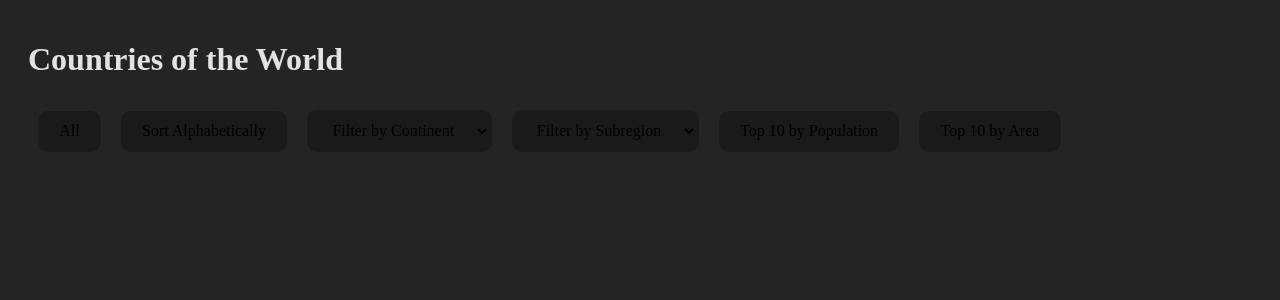
Repository: SandyLy453/comp-lab10
Page: /
The author's editor kept a copy of each file at every save. The page is drawn from the files as they stood at one save, then again after the next save.
The browser window is 1280 px wide. The pictures show the whole page.
The page's requests for data from a server got no answer. The project was rebuilt for these pictures with package versions that can differ from the ones it lists, and the page was loaded fresh each time. No one was signed in, and anything a server would have sent is missing. Also part of the build but not shown: vite.config.js, src/components/Contry.jsx.

Above is the page before, as saved 2024-11-14 23:10:55.

### src/index.css
:root {
  font-family: "Poppins";
  font-weight: 400;

  color-scheme: light dark;
  color: rgba(255, 255, 255, 0.87);
  background-color: #242424;

  font-synthesis: none;
  text-rendering: optimizeLegibility;
  -webkit-font-smoothing: antialiased;
  -moz-osx-font-smoothing: grayscale;
  padding: 20px;
}

button,
select {
  border-radius: 10px;
  border: 2px solid transparent;
  padding: 0.6em 1.2em;
  font-size: 1em;
  font-weight: 500;
  font-family: inherit;
  background-color: #1a1a1a;
  cursor: pointer;
  transition: border-color 0.25s;
  margin: 10px;
}
button:hover {
  border-color: #79ff64;
}
button:focus,
button:focus-visible {
  border-color: #79ff64;
  background-color: #a2fe93;
  color: #242424;
}


/* card styling */

.cardBox {
  display: flex;
  flex-direction: row;
  flex-wrap: wrap;
  justify-content: center;
  align-items: center;
}

.cardContainer {
  padding: 20px;
  border: 1px solid #79ff64;
  border-radius: 20px;
  margin: 10px 20px 10px 20px;
  width: fit-content;
}

.cardPhoto {
  width: 400px;
  height: auto;
  border-radius: 10px;
}

.cardTitle {
  font-size: 24px;
  margin-bottom: 0;
  padding-bottom: 5px;
}

.breaker {
  width: 400px;
  margin: 0 auto 5px auto;
  color: #79ff64;
  background-color: #79ff64;
  border: 1px solid #79ff64;
}

.cardInfo {
  padding-left: 10px;
}

### src/App.jsx
import { useState, useEffect } from 'react'
import Countries from './components/Contries'

function App() {
  const [countries, setCountries] = useState([]);
  const [filteredCountries, setFilteredCountries] = useState([]);
  const [filter, setFilter] = useState({ continent: "", subregion: "" });

  const uniqueContinents = [
    ...new Set(countries.map((country) => country.continents?.[0])),
  ].filter(Boolean); // Remove undefined values

  const uniqueSubregions = [
    ...new Set(countries.map((country) => country.subregion)),
  ].filter(Boolean); // Remove undefined values

  useEffect(() => {
    // Fetch data from the Rest Countries API
    const fetchData = async () => {
      const response = await fetch("https://restcountries.com/v3.1/all");
      const data = await response.json();
      setCountries(data);
      setFilteredCountries(data); // Initialize with all countries
    };

    fetchData();
  }, []);

  const handleFilter = (type, value) => {
    let updatedCountries = [...countries];

    if (type === "all") {
      setFilter({ continent: "", subregion: "" });
      setFilteredCountries(countries); // Reset to all countries
      return;
    }

    if (type === "continent") {
      setFilter({ ...filter, continent: value, subregion: "" });
      updatedCountries = updatedCountries.filter(
        (country) => country.continents[0] === value
      );
    } else if (type === "subregion") {
      setFilter({ ...filter, continent: "", subregion: value });
      updatedCountries = updatedCountries.filter(
        (country) => country.subregion === value
      );
    }

    setFilteredCountries(updatedCountries);
  };

  const handleTop10 = (criteria) => {
    const sortedCountries = [...filteredCountries].sort((a, b) =>
      criteria === "population"
        ? b.population - a.population
        : b.area - a.area
    );
    setFilteredCountries(sortedCountries);
  };

  const handleSort = () => {
    const sortedCountries = [...filteredCountries].sort((a, b) =>
      a.name.common.localeCompare(b.name.common)
    );
    setFilteredCountries(sortedCountries);
  };

  return (
    <>
      <div className="container">
        <h1>Countries of the World</h1>
        <div>
          <button onClick={() => handleFilter("all", "")}>All</button>
          <button onClick={handleSort}>Sort Alphabetically</button>
          <select
          value={filter.continent}
          onChange={(e) => handleFilter("continent", e.target.value)}
          >
          <option value="">Filter by Continent</option>
          {uniqueContinents.map((continent, index) => (
            <option key={index} value={continent}>
              {continent}
            </option>
          ))}
          </select>
          <select
            value={filter.subregion}
            onChange={(e) => handleFilter("subregion", e.target.value)}
          >
            <option value="">Filter by Subregion</option>
            {uniqueSubregions.map((subregion, index) => (
              <option key={index} value={subregion}>
                {subregion}
              </option>
            ))}
          </select>

          <button onClick={() => handleTop10("population")}>Top 10 by Population</button>
          <button onClick={() => handleTop10("area")}>Top 10 by Area</button>
        </div>
        <Countries countries={filteredCountries} />
      </div>
    </>
  )
}

export default App

### src/components/Contries.jsx
import React from "react";
import Country from "./Contry";

export default function Countries ({ countries }) {
  return (
    <div className="cardBox">
      {countries.map((country, index) => (
        <Country key={index} country={country} />
      ))}
    </div>
  );
};

Loaded but not shown: index.html (common file); src/main.jsx (common file)

After the next save:
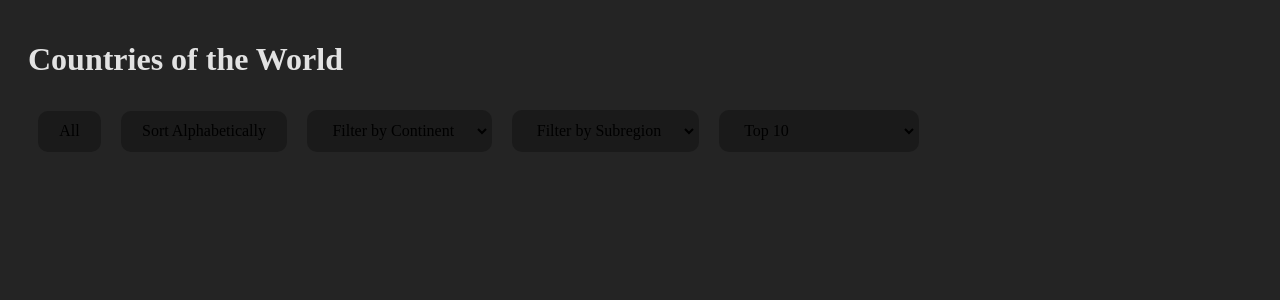
Saved 2 min 2 s later.
--- a/src/App.jsx
+++ b/src/App.jsx
@@ -51,12 +51,16 @@ function App() {
   };
 
   const handleTop10 = (criteria) => {
+    if (!criteria) {
+      setFilteredCountries(countries); // Reset if no selection
+      return;
+    }
     const sortedCountries = [...filteredCountries].sort((a, b) =>
       criteria === "population"
         ? b.population - a.population
         : b.area - a.area
     );
-    setFilteredCountries(sortedCountries);
+    setFilteredCountries(sortedCountries.slice(0, 10)); // Limit to top 10
   };
 
   const handleSort = () => {
@@ -96,8 +100,11 @@ function App() {
             ))}
           </select>
 
-          <button onClick={() => handleTop10("population")}>Top 10 by Population</button>
-          <button onClick={() => handleTop10("area")}>Top 10 by Area</button>
+          <select onChange={(e) => handleTop10(e.target.value)}>
+            <option value="">Top 10</option>
+            <option value="population">Top 10 by Population</option>
+            <option value="area">Top 10 by Area</option>
+          </select>
         </div>
         <Countries countries={filteredCountries} />
       </div>
